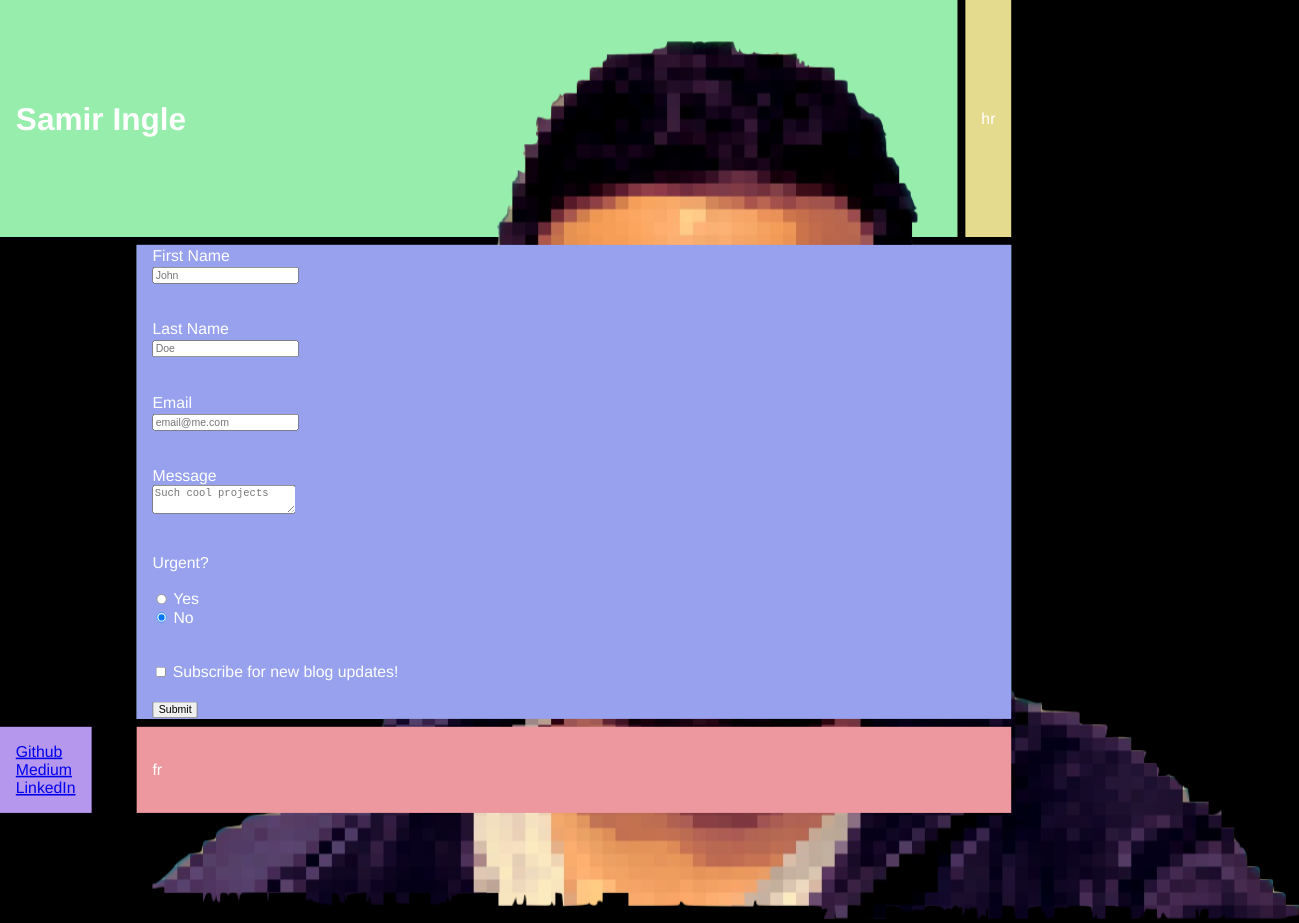
Repository: SamirIngley/html-semantic
Page: templates/contact.html
These files come from the project's save history. The page is drawn as it stood at one moment and after the next save; the edit follows.
The browser window is 1280 px wide. The page is 1644 px wide, then 1280 px, so the pictures cover 1644 px, including what lies to the right of the window. The pictures show the whole page, at 79% of full size.

Above is the page before, as saved 2020-02-06 08:04:53.

### templates/contact.html
<!DOCTYPE html>
<html lang="en">
<head>
    <meta charset="UTF-8">
    <meta name="viewport" content="width=device-width, initial-scale=1.0">
    <meta http-equiv="X-UA-Compatible" content="ie=edge">
    <center><title>Samir Ingle</title></center>
    <link href="style.css" rel="stylesheet">
</head>

<div class="wrapper">

    <div class="header">
        <div>
            <h1>
                Samir Ingle
            </h1>
        </div>
    </div>

    <div class="header-right">
        <div>hr</div>
    </div>

    <div class="main-content">
        <div><img src="static/images/8-bit.png" alt="samir-profile-pic" style="width:136%;"></div>
    </div>

    <div class="main-content">
        <div><form action="process.php" method="POST">
            <div>
                <label>First Name</label><br>
                <input type="text" name="firstName" placeholder="John">
            </div>
            <br>
            <br>

            <div>
                <label>Last Name</label><br>
                <input type="text" name="lastName" placeholder="Doe">
            </div>
            <br>
            <br>

            <div>
                <label>Email</label><br>
                <input type="email" name="email" placeholder="email@me.com">
            </div>
            <br>
            <br>
            <div>
                <label>Message</label><br>
                <textarea name="message" placeholder="Such cool projects"></textarea>
            </div>
            <br>
            <br>
            <div>

                    Urgent?<br>
                    <br>
                <label>
                    <input type="radio" name="urgent" value="true">
                    Yes
                    </label><br>

                    <label>
                            <input type="radio" name="urgent" value="false" checked>
                            No<br>
                    </label>

            </div>
            <br>
            <br>
            <div>
                <label>
                    <input type="checkbox" name="Subscribe for updates" value="subscribe"> Subscribe for new blog updates!<br>
                </label>
            </div>
            <br>
            <div>
                <input type="submit" name="submit" value="Submit">
            </div>
        </form></div>
    </div>

    <div class="footer">
        <div><a href="https://github.com/SamirIngley">Github</a>
            <a href="https://medium.com/@SamirIngle">Medium</a>
            <a href="https://www.linkedin.com/in/samiringle/">LinkedIn</a>
        </div>
    </div>

    <div class="footer-right">
        <div>fr</div>
    </div>

</div>
<br>
<br>

</html>

### templates/style.css

/* * {
    box-sizing: border-box;
} */

body {
  margin: 0;
  font-size: 20px;
  background-color:rgb(0, 0, 0);
  color: white;
  font-family: Helvetica;
}
/*
<nav>
                <div class='dropdown'>
                    <button class='dropbtn'>pages</button>
                    <div class="dropdown-content">
                        <a href="/about">about</a>
                        <a href="/projects">projects</a>
                        <a href="/contact">contact</a>
                    </div>
                </div>
            </nav> */

.wrapper {
  display: grid;
  grid-gap: 10px;
  grid-template-columns: repeat(2, 1fr);
  grid-template-rows: 300px 600px;
  /*
  The named areas below define where elements with
  those names are placed on the grid.
  */
  grid-template-areas:  "h h h r"
                        ". s m m"
                        "f . g g";
}

.wrapper>div {
  color: white;
  font-family: Helvetica;
  padding: 1em;
  display: flex;
  justify-content: space-between;
  align-items: center;
  /* height: 20px; */
}

.header {
  /* Name this element to place it on the grid */
  grid-area: h;
}

.header-right {
  grid-area: r;
}

.main-content {
  grid-area: m;
}

.side-bar {
  grid-area: s;
}

.footer {
  grid-area: f;
}

.footer-right {
  grid-area: g;
}

.wrapper>div:nth-child(1) {
  background-color: #97edab
}

.wrapper>div:nth-child(2) {
  background-color: #e5db8e
}

.wrapper>div:nth-child(3) {
  background-color: #97dced
}

.wrapper>div:nth-child(4) {
  background-color: #97a1ed
}

.wrapper>div:nth-child(5) {
  background-color: #b597ed
}

.wrapper>div:nth-child(6) {
  background-color: #ed979e
}



/* ----- Bio ----- */
/*
.bio ul {
  list-style: none;
}



----- Nav -----
nav {
  background-color: rgba(215, 176, 251, 0);
  /* font-weight:bold; */
}
/*

nav a {
  color: white;
  text-align: right;
  font-size: 2vw;
  text-decoration: none;
}

nav a:hover{
  color: lime;
}

nav a.active {
  background-color: orange;
  color: purple;
}


nav {
  display: flex;
  justify-content: flex-end;
  list-style: none;
} */
/*
nav {
    padding: 1em;
} */



/*
.topnav {
  overflow: hidden;
  background-color: rgb(226, 226, 226);
}

.topnav a {
  float: right;
  color: #ffffff;
  text-align: center;
  padding: 14px 16px;
  text-decoration: none;
  font-size: 3px;
}

.topnav a:hover {
  background-color: #ddd;
  color: black;
}

.topnav a.active {
  background-color: lime;
  color: white;
} */


/* -------- Drop Down -------- */

.dropbtn {
  background-color: rgba(247, 246, 246, 0);
  color: white;
  /* padding: 60px; */
  padding: 10px 0px 50px 100px;

  font-size: 5em;
  border: 1px;
  cursor: pointer;
}
/*
.dropbtn:hover {
  color: lime;
  background-color: rgba(247, 246, 246, 0);


}

.dropdown {
  position: relative;
  display: inline-block;
}

.dropdown-content {
  display: none;
  position: absolute;
  padding: 0px;
  border: 0px;
  margin: 0px;

  right: 0;
  background-color: #6f6f6f00;
  min-width: 200px;
  box-shadow: 0px 8px 16px 0px rgba(0,0,0,0.2);
  z-index: 1;
} */
/*
.dropdown-content a {
  color: white;
  padding: 100px 100px 100 100px;
  text-decoration: none;
  display: block;
  font-size: 13em;

} */
/*
.dropdown-content a:hover {background-color: #00000000;}

.dropdown:hover .dropdown-content {display: block;}
.dropdown:hover .dropbtn {background-color: #000000;}
  */

After the next save:
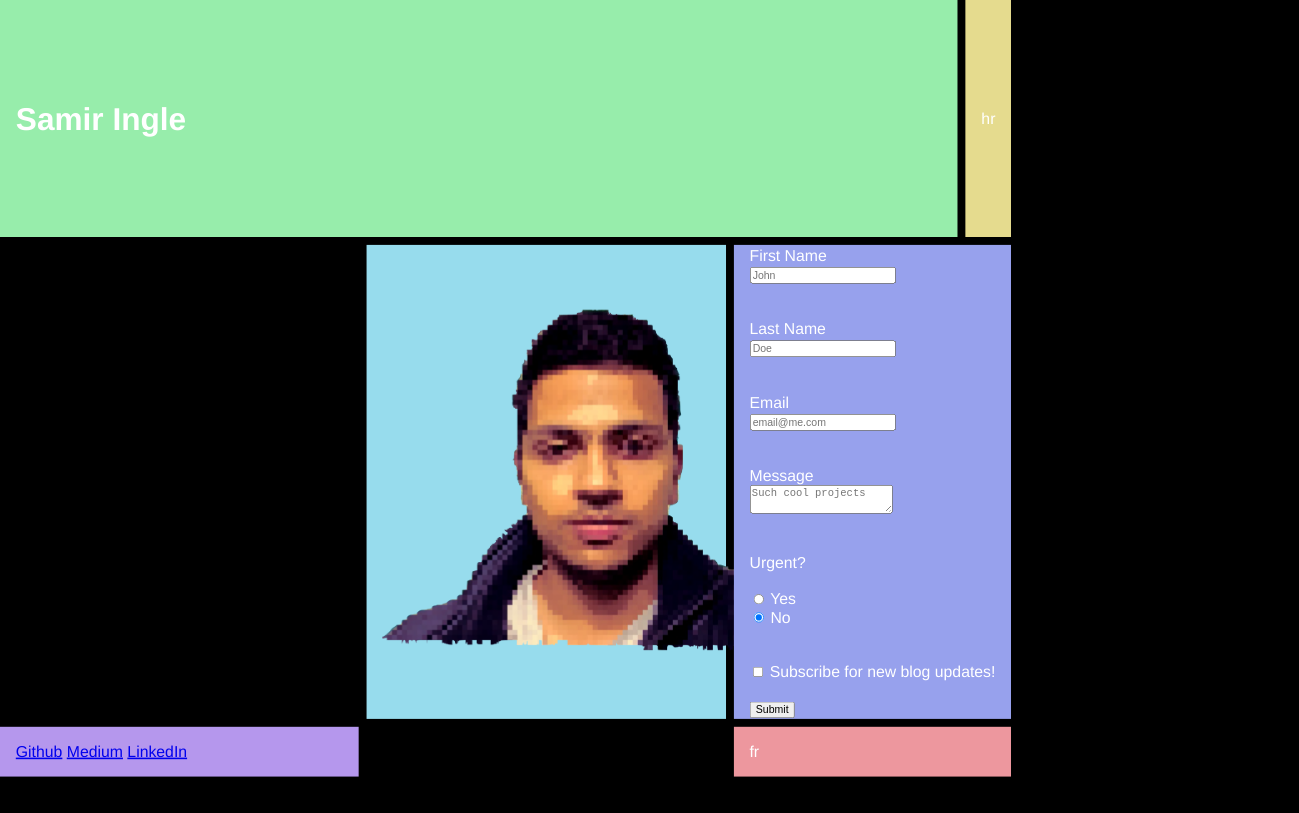
Saved 7 s later.
--- a/templates/contact.html
+++ b/templates/contact.html
@@ -22,7 +22,7 @@
         <div>hr</div>
     </div>
 
-    <div class="main-content">
+    <div class="side-bar">
         <div><img src="static/images/8-bit.png" alt="samir-profile-pic" style="width:136%;"></div>
     </div>
 
